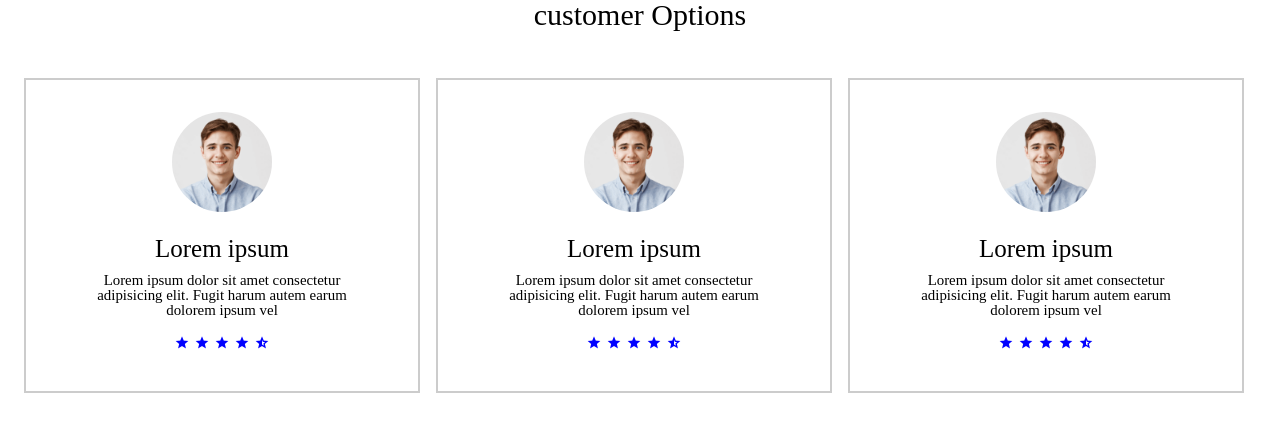
Repository: dinhhaidh/slider-3
Page: index.html
An editor plug-in stored every save of this project. The page is shown before and after the next save, followed by the edit.
The browser window is 1280 px wide. The pictures show the whole page.

Above is the page before, as saved 2024-03-22 21:20:54.

### index.html
<!DOCTYPE html>
<html lang="en">
<head>
    <meta charset="UTF-8">
    <meta name="viewport" content="width=device-width, initial-scale=1.0">
    <title>Document</title>
    <link rel="stylesheet" href="https://cdnjs.cloudflare.com/ajax/libs/remixicon/4.2.0/remixicon.min.css">

    <link rel="stylesheet" href="./css/swiper-bundle.min.css">

    <link rel="stylesheet" href="./css/style.css">

</head>
<body>
    <div class="customer">
        <h3 class="customer__title">customer Options</h3>
        <div class="customer__container container">
            <div class="customer__swiper swiper">
                <div class="swiper-wrapper">
                    <article class="customer__article swiper-slide">
                        <img src="./img1.png" alt="image" class="customer__img">

                        <h2 class="customer__heading">Lorem ipsum</h2>
                        <p>
                            Lorem ipsum dolor sit amet consectetur adipisicing elit. Fugit harum autem earum dolorem ipsum vel
                        </p>
                        <div class="customer__star">
                            <i class="ri-star-s-fill"></i>
                            <i class="ri-star-s-fill"></i>
                            <i class="ri-star-s-fill"></i>
                            <i class="ri-star-s-fill"></i>
                            <i class="ri-star-half-s-line"></i>
                        </div>
                    </article>

                    <article class="customer__article swiper-slide">
                        <img src="./img1.png" alt="image" class="customer__img">

                        <h2 class="customer__heading">Lorem ipsum</h2>
                        <p>
                            Lorem ipsum dolor sit amet consectetur adipisicing elit. Fugit harum autem earum dolorem ipsum vel
                        </p>

                        <div class="customer__star">
                            <i class="ri-star-s-fill"></i>
                            <i class="ri-star-s-fill"></i>
                            <i class="ri-star-s-fill"></i>
                            <i class="ri-star-s-fill"></i>
                            <i class="ri-star-half-s-line"></i>
                        </div>
                    </article>

                    <article class="customer__article swiper-slide">
                        <img src="./img1.png" alt="image" class="customer__img">

                        <h2 class="customer__heading">Lorem ipsum</h2>
                        <p>
                            Lorem ipsum dolor sit amet consectetur adipisicing elit. Fugit harum autem earum dolorem ipsum vel
                        </p>

                        <div class="customer__star">
                            <i class="ri-star-s-fill"></i>
                            <i class="ri-star-s-fill"></i>
                            <i class="ri-star-s-fill"></i>
                            <i class="ri-star-s-fill"></i>
                            <i class="ri-star-half-s-line"></i>
                        </div>
                    </article>

                    <article class="customer__article swiper-slide">
                        <img src="./img1.png" alt="image" class="customer__img">

                        <h2 class="customer__heading">Lorem ipsum</h2>
                        <p>
                            Lorem ipsum dolor sit amet consectetur adipisicing elit. Fugit harum autem earum dolorem ipsum vel
                        </p>

                        <div class="customer__star">
                            <i class="ri-star-s-fill"></i>
                            <i class="ri-star-s-fill"></i>
                            <i class="ri-star-s-fill"></i>
                            <i class="ri-star-s-fill"></i>
                            <i class="ri-star-half-s-line"></i>
                        </div>
                    </article>
                </div>
                <!-- If we need pagination -->
                <div class="swiper-pagination"></div>
            </div>
        </div>
    </div>


    <script src="./js/swiper-bundle.min.js"></script>
    <script src="./js/app.js"></script>
</body>
</html>

### css/style.css
*,
*:before,
*:after {
  box-sizing: border-box;
}
* {
  margin: 0;
  padding: 0;
  font: inherit;
}
img,
picture,
svg,
video {
  display: block;
  max-width: 100%;
}
input,
select,
textarea {
  background-color: transparent;
  outline: none;
}
button {
  cursor: pointer;
  background-color: transparent;
  outline: none;
  border: 0;
}
body {
  min-height: 100vh;
  font-weight: 400;
  font-size: 16px;
  line-height: 1;
}


.container{
    max-width: 1220px;
    Margin-inline: 1.5rem;
}


.customer__title{
    text-align: center;
    margin-bottom: 3rem;
    font-size: 30px;
}

.customer__article{
  text-align: center;
    padding: 2rem 3rem 2.5rem;
    background-color: #fff;
    border: 2px solid #ccc;
    transition: border .4s, background-color .4s;
}
.customer__img{
    width: 100px;
    border-radius: 50%;
    margin: 0 auto 1.5rem;
}
.customer__heading{
  font-size: 25px;
  margin-bottom: 0.75rem;
}
.customer__article p {
    margin-bottom: 1rem;
    text-align: center;
    font-size: 0.93rem;
}
.customer__star {
  color: blue;
}

### js/app.js
// let swiperCustomer = new Swiper('.customer__swiper', {
//     loop: true,
//     spaceBetween: 16,
//     slidesPerView: 'auto',
//     centeredSlides: 'auto',

//     breakpoints: {
//         1150: {
//             slidesPerView: 3,
//             centeredSlides: false,
//         },
//     }
// });

let swiperCustomer = new Swiper('.customer__swiper', {
    loop: true,
    spaceBetween: 16,
    slidesPerView: 'auto',
    centeredSlides: 'auto',

    navigation: {
        nextEl: '.swiper-button-next',
        prevEl: '.swiper-button-prev',
    },

    breakpoints: {
        1150: {
            slidesPerView: 3,
            centeredSlides: false,
        }
    }
});

Loaded but not shown: css/swiper-bundle.min.css (library); js/swiper-bundle.min.js (library)

After the next save:
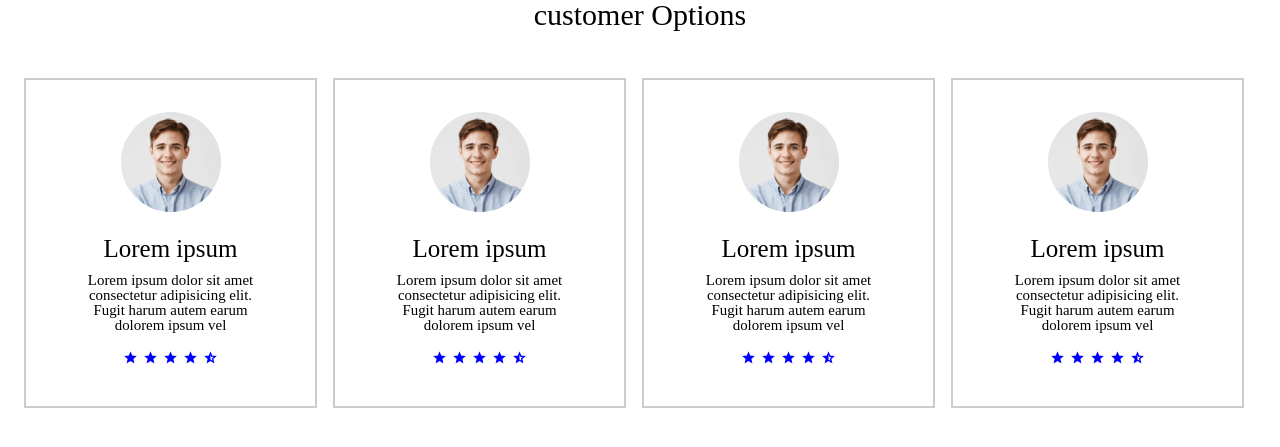
Saved 8 s later.
--- a/js/app.js
+++ b/js/app.js
@@ -25,7 +25,7 @@ let swiperCustomer = new Swiper('.customer__swiper', {
 
     breakpoints: {
         1150: {
-            slidesPerView: 3,
+            slidesPerView: 4,
             centeredSlides: false,
         }
     }
